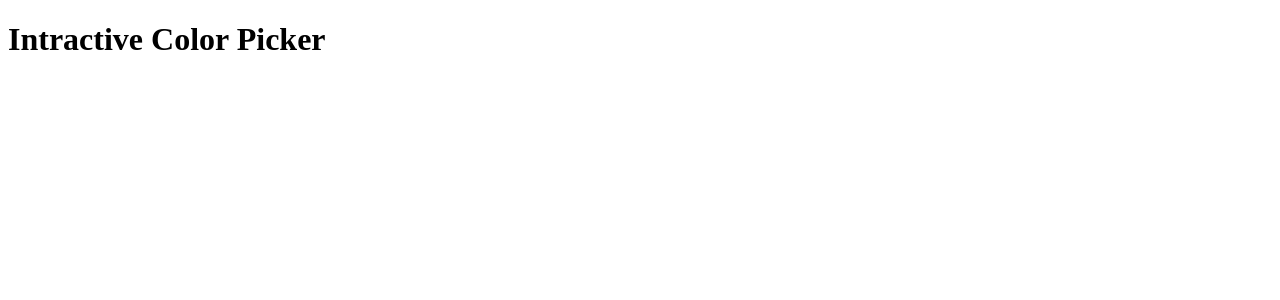
Repository: jamalissef-glitch/exercise1-JS
Page: Exeercise37/index.html
The author's editor kept a copy of each file at every save. The page is drawn from the files as they stood at one save, then again after the next save.
The browser window is 1280 px wide. The pictures show the whole page.

Above is the page before, as saved 2026-07-15 17:08:35.

### Exeercise37/index.html
<!DOCTYPE html>
<html lang="en">

<head>
 <meta charset="UTF-8">
 <meta name="viewport" content="width=device-width, initial-scale=1.0">
 <title>Exercise Color Picker</title>
</head>

<body>
 <h1>Intractive Color Picker</h1>

 <script src="./main.js"></script>
</body>

</html>

Loaded but not shown: Exeercise37/main.js (no stored copy; drawn as an empty file)

After the next save:
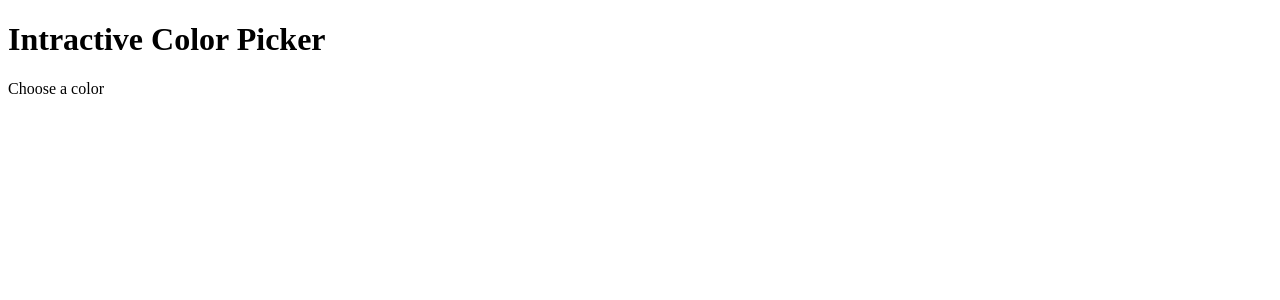
Saved 27 s later.
--- a/Exeercise37/index.html
+++ b/Exeercise37/index.html
@@ -9,6 +9,7 @@
 
 <body>
  <h1>Intractive Color Picker</h1>
+ <label for="colorPicker">Choose a color</label>
 
  <script src="./main.js"></script>
 </body>
